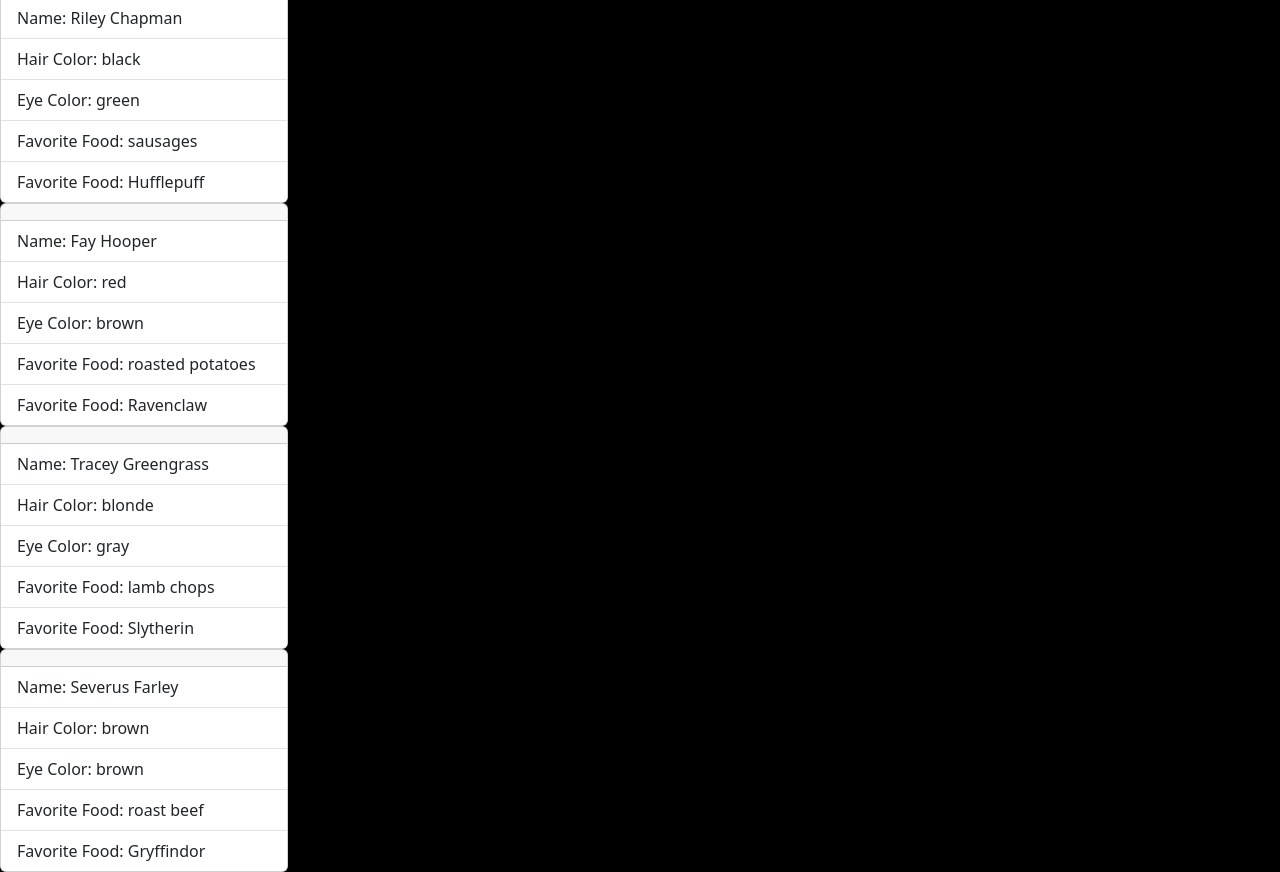
Repository: jontslater/INDIVIDUAL-PROJECT-sorting-hat
Page: index.html
The author's editor kept a copy of each file at every save. The page is drawn from the files as they stood at one save, then again after the next save.
The browser window is 1280 px wide. The pictures show the part of the page from y = 541 to 1413 px (the page is 1413 px tall).
A picture or video elsewhere on the page could not be fetched, so the positions and the page height are approximate.

Above is the page before, as saved 2023-10-30 20:51:00.

After the next save:
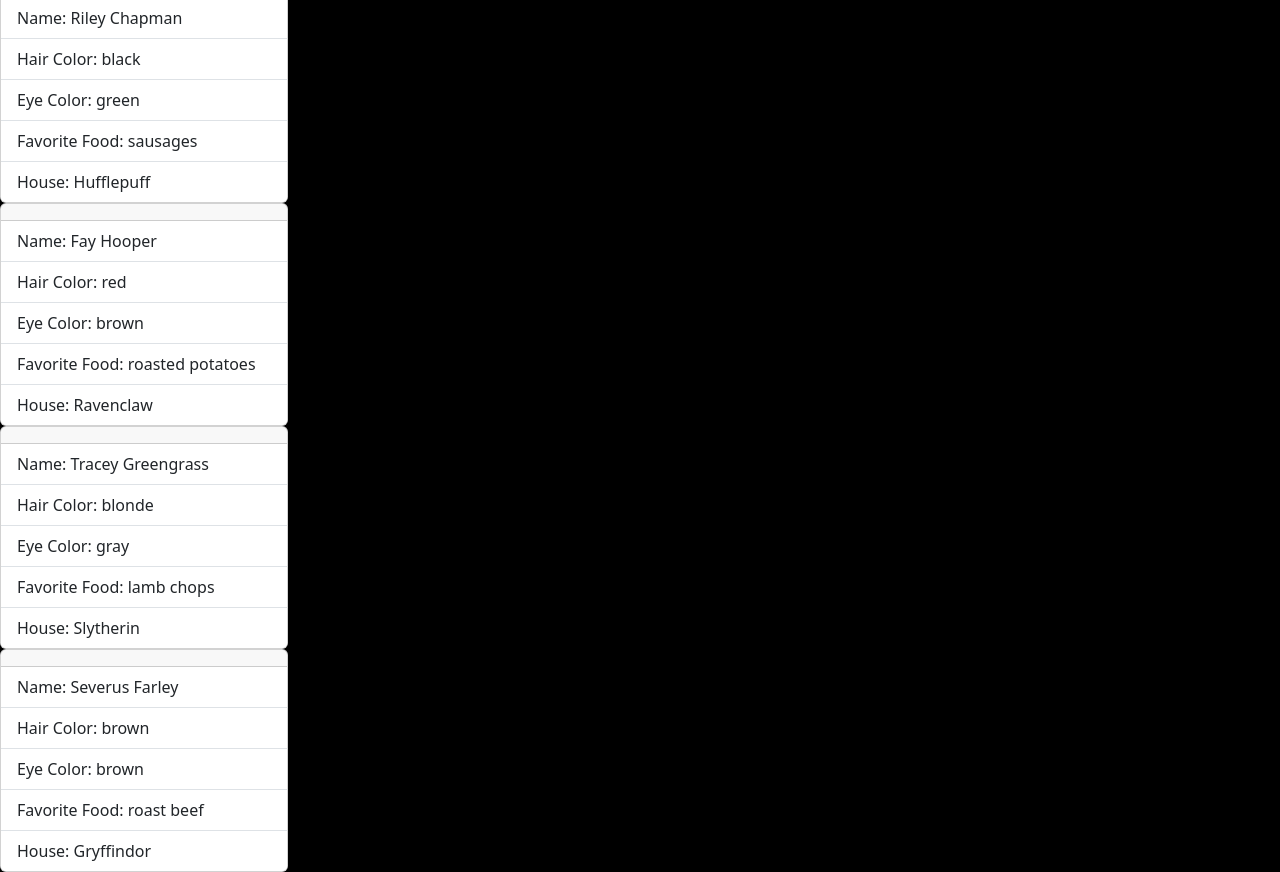
Saved 2 min 8 s later.
--- a/main.js
+++ b/main.js
@@ -54,7 +54,7 @@
       <li class="list-group-item">Hair Color: ${student.hairColor}
       <li class="list-group-item">Eye Color: ${student.eyeColor}
       <li class="list-group-item"> Favorite Food: ${student.favoriteFood}
-      <li class="list-group-item"> Favorite Food: ${student.house}
+      <li class="list-group-item"> House: ${student.house}
     </ul>
   </div>`
   }
